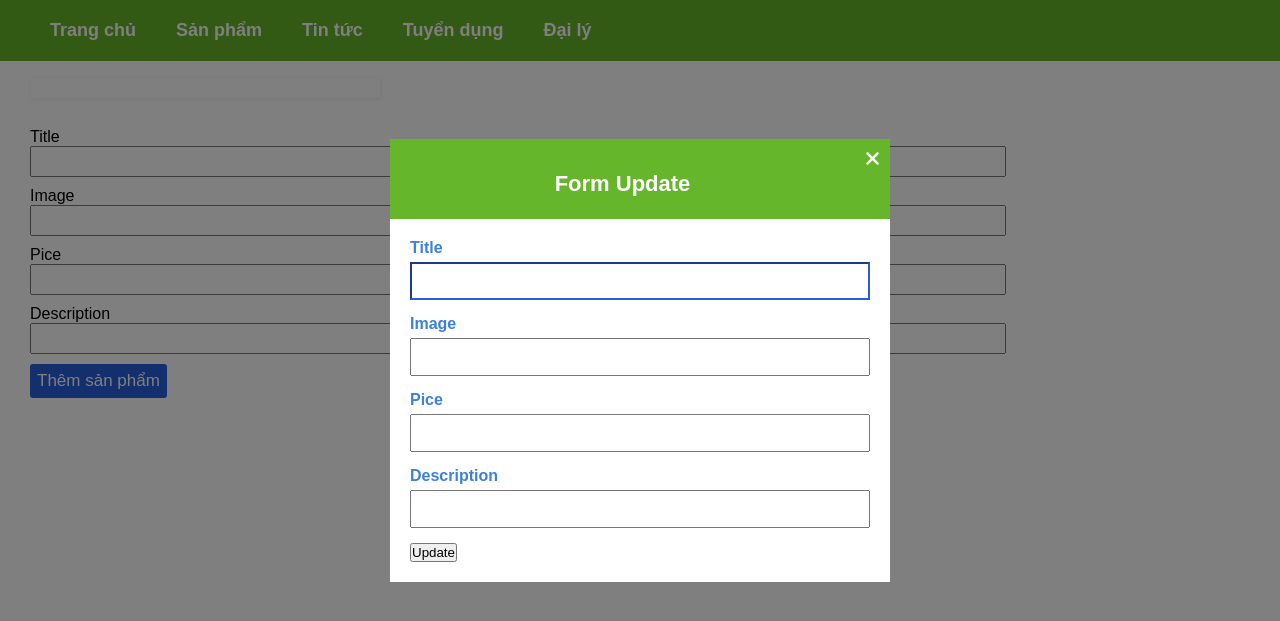
Repository: Ngoc28/CURD_HTML-CSS_JS_JSON
Page: index.html
An editor plug-in stored every save of this project. The page is shown before and after the next save, followed by the edit.
The browser window is 1280 px wide. The pictures show the whole page.
The pointer rests on the first visible `.form-2 input`.
The page's requests for data from a server got no answer.

Above is the page before, as saved 2023-04-11 09:55:10.

### index.html
<!DOCTYPE html>
<html lang="en">
<head>
    <meta charset="UTF-8">
    <meta http-equiv="X-UA-Compatible" content="IE=edge">
    <meta name="viewport" content="width=device-width, initial-scale=1.0">
    <title>CURD Cơ bản</title>
    <link rel="stylesheet" href="https://cdnjs.cloudflare.com/ajax/libs/font-awesome/6.4.0/css/all.min.css" integrity="sha512-iecdLmaskl7CVkqkXNQ/ZH/XLlvWZOJyj7Yy7tcenmpD1ypASozpmT/E0iPtmFIB46ZmdtAc9eNBvH0H/ZpiBw==" crossorigin="anonymous" referrerpolicy="no-referrer" />
    <link rel="stylesheet" href="./asset/css/style.css">
</head>
<body>
    <header class="header-menu">
        <ul class="list-menu">
            <li class="item-menu"><a href="">Trang chủ</a></li>
            <li class="item-menu"><a href="">Sản phẩm</a></li>
            <li class="item-menu"><a href="">Tin tức</a></li>
            <li class="item-menu"><a href="">Tuyển dụng</a></li>
            <li class="item-menu"><a href="">Đại lý</a></li>
        </ul>
    </header>
    <div class="main">
        <div class="title-product">
            <h2 class="title">Sản phẩm của chúng tôi</h2>
        </div>
        <div class="products">
            <div class="product">
                <!-- <h3 class="product-name">Coca-Cola</h3>
                <img src="https://cdn.tgdd.vn/Products/Images/2947/190310/bhx/sua-trai-cay-nutriboost-huong-cam-297ml-202202122134380628.jpg" alt="" class="product-img">
                <spam class="product-price">18.000</spam>
                <span class="product-description">Nutriboost là thức uống dinh dưỡng kết hợp sữa và nước trái cây thơm ngon, giúp bạn luôn tràn năng lượng cho một ngày làm việc hiệu quả.</span> -->
            </div>
        </div>
    </div>
    <div class="form">
        <div class="form-1">
            <label for="">Title</label>
            <input type="text" name="title">
        </div>
        <div class="form-1">
            <label for="">Image</label>
            <input type="text" name="image">
        </div>
        <div class="form-1">
            <label for="">Pice</label>
            <input type="text" name="price">
        </div>
        <div class="form-1">
            <label for="">Description</label>
            <input type="text" name="description">
        </div>
        <button type="submit" id="create">Thêm sản phẩm</button>
    </div>

    <!-- formUpdate -->
    <div class="formUpdate">
        <div class="modal">
            <header>
                <i class="update-icon fa-solid fa-xmark"></i>
                <h1>
                    Form Update
                </h1>
            </header>
            <div class="modal-body">
                <div class="form-2">
                    <label for="">Title</label>
                    <input type="text" name="title">
                </div>
                <div class="form-2">
                    <label for="">Image</label>
                    <input type="text" name="image">
                </div>
                <div class="form-2">
                    <label for="">Pice</label>
                    <input type="text" name="price">
                </div>
                <div class="form-2">
                    <label for="">Description</label>
                    <input type="text" name="description">
                </div>
                <button type="submit" id="update">Update</button>
            </div>
        </div>
    </div>
    <script src="/script.js"></script>
</body>
</html>

### asset/css/style.css
*{
    padding: 0;
    margin: 0;
    box-sizing: border-box;
}

body {
    font-family: Arial, Helvetica, sans-serif;
}

.header-menu {
    position: fixed;
    top: 0;
    left: 0;
    right: 0;
    background-color: #66b62b;
    font-size: 18px;
    font-weight: 600;
}

.list-menu {
    display: flex;
    margin: 0 30px;
}

.item-menu {
    list-style: none;
}

.item-menu a {
    padding: 20px;
    display: block;
    text-decoration: none;
    color: #fff;
}

.item-menu a:hover {
    background-color: #ffd400;
    display: block;
}

/* Product */
.main {
    margin: 30px 30px 10px 30px;
}

.title-product {
    margin-bottom: 20px;
}


.title-product .title {
    text-align: center;
    color: #d72b27;
}

.products {
    display: flex;
    justify-content: space-between;
    flex-wrap: wrap;
}

.product {
    width: 350px;
    cursor: pointer;
    box-shadow: 1px 1px 5px   rgba(0, 0, 0, 0.09);
    margin-bottom: 20px;
    padding: 10px;
}


.product h3:hover {
    color: #d72b27;
}


.product-name {
    text-align: center;
}

.product-img {
    width: 100%;
    object-fit: cover;
}


.product .product-price:hover {
    color: #66b62b;
}

.product-price {
    color: #d72b27;
    margin: 10px 10px 6px;
    display: flex;
    justify-content: center;
    font-weight: 600;
}

.product-description {
    font-size: 15px;
    font-weight: 400;
    line-height: 20px;
    height: 40px;
    margin: 10px 10px 6px;
    overflow: hidden;
    display: block;
    display: -webkit-box;
    -webkit-box-orient: vertical;
    -webkit-line-clamp: 2;
}


.btn {
    display: flex;
    justify-content: center;
}


.delete-btn{
    margin-right: 10px;
}

.update-btn,
.delete-btn {
    padding: 8px;
    background-color: #66b62b;
    color: #fff;
    font-size: 15px;
    border: none;
    border-radius: 3px;
}

.update-btn:hover,
.delete-btn:hover {
    background-color: #336013;
}

/* Form */
.form {
    margin: 0 30px;

}

.form-1{
    margin-bottom: 10px;
}

.form-1 label {
    display: block;
    font-size: 16px;
    width: 90px;
}

.form-1 input {
    padding: 5px;
    font-size: 15px;
    width: 80%;
}

.form button {
    padding: 7px;
    background-color: #295fdd;
    color: #fff;
    font-size: 17px;
    border: none;
    border-radius: 3px;
}

.form button:hover {
    background-color: #172e62;
}

/* FormUpdate */

.formUpdate {
    position:fixed;
    top: 0;
    right: 0;
    bottom: 0;
    left: 0;
    background-color: rgba(0, 0, 0, 0.5);
    display: flex;
    align-items: center;
    justify-content: center;
}

.modal {
    background-color: #fff;
}

.modal header {
    background-color: #66b62b;
    color: #fff;
    height: 80px;
    width: 500px;
}

.modal h1 {
    line-height: 90px;
    text-align: center;
    font-size: 22px;
}

.modal .update-icon {
    float: right;
    padding: 10px;
    font-size: 20px;
    color: #fff;
}

.modal .update-icon:hover {
    color: #d72b27;
}

.modal-body {
    padding: 20px;
}

.form-2 {
    margin-bottom: 15px;
}

.form-2 label {
    display: block;
    margin-bottom: 5px;
    font-size: 16px;
    font-weight: 600;
    color: #3d81db;
}

.form-2 input {
    width: 100%;
    padding: 8px;
    font-size: 16px;
}

.form-2 input:hover {
    border-color: #295fdd;
}

### script.js
let productsApi = 'http://localhost:3000/products';

function start() {
    getProducts(renderProducts);

    handleCreateForm()
}

start();

//lay ra san pham

function getProducts(callback) {

    fetch(productsApi)
    .then(function(response) {
        return response.json();
    })
    .then(callback);
}

function createProduct(data, callback) {
    var options = {
        method: 'POST',
        body: JSON.stringify(data),
        headers: {
            "Content-Type": "application/json",
            // 'Content-Type': 'application/x-www-form-urlencoded',
          }
    };
    fetch(productsApi, options)
        .then(function(response) {
            response.json();
        })
        .then(callback);

}

function handleDeleteProduct(id) {
    var options = {
        method: 'DELETE',
        headers: {
            "Content-Type": "application/json",
            // 'Content-Type': 'application/x-www-form-urlencoded',
          }
    };
    fetch(productsApi + '/' + id, options)
        .then(function(response) {
            response.json();
        })
        .then(function() {
           var productItem = document.querySelector('.product-item-' + id);
           if(productItem) {
            productItem.remove();
           }
        });
}


//show du lieu ra man hinh
function renderProducts(products) {
    var listProducts = document.querySelector('.products');

    var htmls = products.map(function(product) {
        return `
        <div class="product product-item-${product.id}">
            <h3 class="product-name">${product.title}</h3>
            <img src="${product.image}" class="product-img">
            <spam class="product-price">${product.price}đ</spam>
            <span class="product-description">${product.description}</span>
            <div class="btn">
                <button onclick="handleDeleteProduct(${product.id})" class="delete-btn">Delete</button>
                <button onclick="UpdateProduct()" class="update-btn">Update</button>
            </div>
        </div>`

    })

    listProducts.innerHTML = htmls.join('');
}

function handleCreateForm() {
    var createBtn = document.querySelector('#create');

    createBtn.onclick = function() {
        var title = document.querySelector('input[name="title"]').value;
        var image = document.querySelector('input[name="image"]').value;
        var price = document.querySelector('input[name="price"]').value;
        var description = document.querySelector('input[name="description"]').value;

        var formData = {
            title: title,
            image: image,
            price: price,
            description: description
        }

        createProduct(formData, function() {
            getProducts(renderProducts);
        });

    }
}

After the next save:
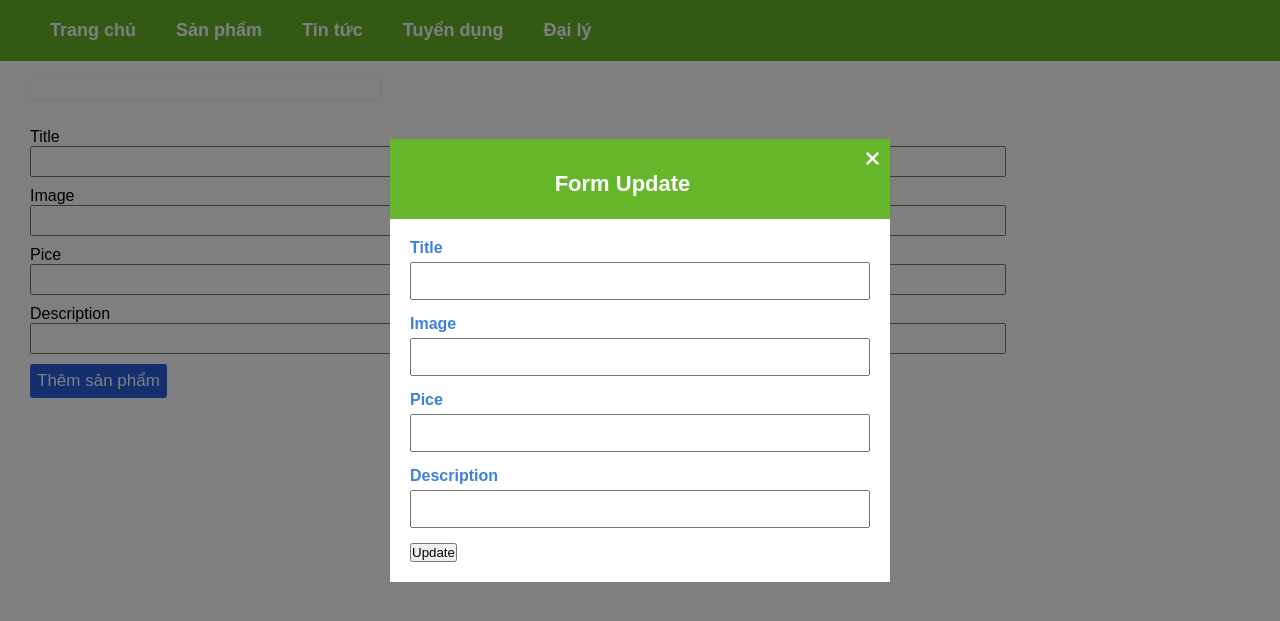
Saved 15 s later.
--- a/asset/css/style.css
+++ b/asset/css/style.css
@@ -233,7 +233,3 @@ body {
     padding: 8px;
     font-size: 16px;
 }
-
-.form-2 input:hover {
-    border-color: #295fdd;
-}
